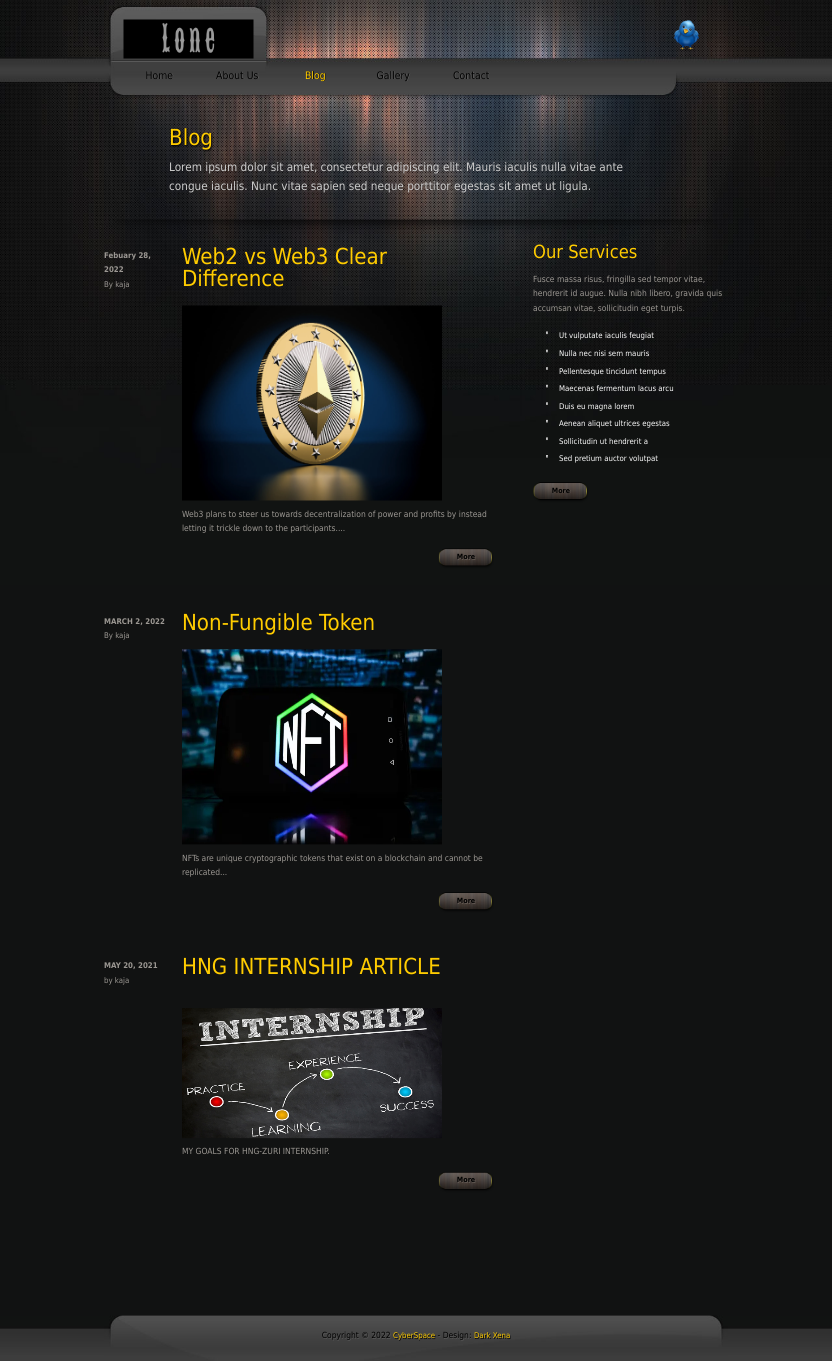
Repository: xenacode-art/Portfolio
Page: 2020_dark_pixel/blog.html
An editor plug-in stored every save of this project. The page is shown before and after the next save, followed by the edit.
The browser window is 1280 px wide. The pictures show the whole page, at 65% of full size.
Pictures or frames that could not be fetched are drawn as grey boxes.

Above is the page before, as saved 2022-03-08 00:50:24.

### 2020_dark_pixel/blog.html
<!DOCTYPE html PUBLIC "-//W3C//DTD XHTML 1.0 Transitional//EN" "http://www.w3.org/TR/xhtml1/DTD/xhtml1-transitional.dtd">
<html xmlns="http://www.w3.org/1999/xhtml">
<head>
<meta http-equiv="Content-Type" content="text/html; charset=utf-8" />
<!--
	Template 2020 Dark Pixel
    http://www.tooplate.com/view/2020-dark-pixel
-->
<title>Dark</title>
<meta name="keywords" content="" />
<meta name="description" content="" />
<link href="tooplate_style.css" rel="stylesheet" type="text/css" />
</head>
<body>

<div id="tooplate_wrapper">

    <div id="tooplate_header">

    	<div id="site_title"><h1><a href="#">Dark</a></h1></div>
        <div id="twitter"><a href="#"></a></div>

        <div id="tooplate_menu">
            <ul>
                <li><a href="index.html">Home</a></li>
                <li><a href="about.html">About Us</a></li>
                <li><a href="blog.html" class="current">Blog</a></li>
                <li><a href="gallery.html">Gallery</a></li>
                <li class="last"><a href="contact.html">Contact</a></li>
            </ul>
        </div> <!-- end of tooplate_menu -->

    </div> <!-- end of header -->

    <div id="tooplate_middle">
    	<div id="mid_title">
			Blog
        </div>
        <p>Lorem ipsum dolor sit amet, consectetur adipiscing elit. Mauris iaculis nulla vitae ante congue iaculis. Nunc vitae sapien sed neque porttitor egestas sit amet ut ligula.</p>
    </div> <!-- end of middle -->

    <div id="tooplate_main">
    	<div class="col_w960 hr_divider">

            	<div class="col_w300 lp_box float_r">
                    <h2>Our Services</h2>
                    <p>Fusce massa risus, fringilla sed tempor vitae, hendrerit id augue. Nulla nibh libero, gravida quis accumsan vitae, sollicitudin eget turpis.</p>
                    <ul class="tooplate_list">
                        <li><a href="#">Ut vulputate iaculis feugiat</a></li>
                        <li><a href="#">Nulla nec nisi sem mauris</a></li>
                        <li><a href="#">Pellentesque tincidunt tempus </a></li>
                        <li><a href="#">Maecenas fermentum lacus arcu</a></li>
                        <li><a href="#"> Duis eu magna lorem</a></li>
                        <li><a href="#">Aenean aliquet ultrices egestas</a></li>
                        <li><a href="#">Sollicitudin ut hendrerit a</a></li>
                        <li><a href="#">Sed pretium auctor volutpat</a></li>
                    </ul>

					<a class="more" href="#">More</a>
                </div>

                <div class="col_w600 float_l">
                    <div class="post_box">
                        <div class="post_box_date">
                            Febuary 28, 2022
                            <span>By kaja</span>
                        </div>

						<div class="post_box_content">
                            <h2><a href="#">Web2 vs Web3 Clear Difference </a></h2>
                          <img src="images/tooplate_image_08.jpg" alt="Image 08" width="400" height="300"/>
                            <p> Web3 plans to steer us towards decentralization of power and profits by instead letting
                                it trickle down to the participants....</p>
                        </div>

						<a class="more float_r" href="https://xenacod.hashnode.dev/web2-vs-web3-clear-difference">More</a>
                        <div class="cleaner"></div>
                    </div>

					<div class="post_box">
                        <div class="post_box_date">
                            MARCH 2, 2022
                            <span>By kaja</span>
                        </div>

						<div class="post_box_content">
                            <h2><a href="#">Non-Fungible Token </a></h2>
                          <img src="images/tooplate_image_06.jpg" alt="Image 06" width="400" height="300" />
                            <p>NFTs are unique cryptographic tokens that exist on a blockchain and cannot be replicated...
                            </p>
                        </div>

						<a class="more float_r" href="https://xenacod.hashnode.dev/non-fungible-token-nft">More</a>
                        <div class="cleaner"></div>
                    </div>

					<div class="post_box">
                        <div class="post_box_date">
                            MAY 20, 2021
                            <span>by kaja</span>
                        </div>

						<div class="post_box_content">
                            <h2><a href="#">HNG INTERNSHIP ARTICLE </a></h2><br>
                            <img src="images/tooplate_image_07.jpg" alt="Image 07" width="400" height="200" /><br />
                            <p>MY GOALS FOR HNG-ZURI INTERNSHIP.</p>
                        </div>
                        <a class="more float_r"
                            href="https://docs.google.com/document/d/1pHQ8y1Fp89hCQCAmHdlH2IQBF5wXl0S7gurmJ_4CBN4/edit?usp=sharing"
                            </a>More</a>
                        <div class="cleaner"></div>
                    </div>

                </div>

                <div class="cleaner"></div>
        </div>

    </div> <!-- end of main -->

</div> <!-- end of wrapper -->

<div id="tooplate_footer_wrapper">
    <div id="tooplate_footer">

        Copyright © 2022 <a href="#">CyberSpace</a> - Design: <a href="http://www.tooplate.com/view/2020-dark-pixel">Dark Xena</a>

    </div> <!-- end of tooplate_footer -->
</div>
<!--   Free Website Template by t o o p l a t e . c o m   -->
</body>
</html>

### 2020_dark_pixel/tooplate_style.css
/*

Template 2020 Dark Pixel

http://www.tooplate.com/view/2020-dark-pixel

*/

body {
	margin: 0;
	padding: 0;
	color: #9c9893;
	font-family: Tahoma, Geneva, sans-serif;
	font-size: 13px;
	line-height: 1.7em;
	background-color: #111212;
	background-image: url(images/tooplate_body.jpg);
	background-repeat: repeat-x;
	background-position: top center
}

a, a:link, a:visited {
	color: #f9b507;
	font-weight: normal;
	text-decoration: underline;
	font-size: 12px;
}

a:hover {
	text-decoration:none;
}

a.more {
	display: block;
	width: 86px;
	height: 29px;
	padding: 2px 0 0;
	text-align: center;
	text-decoration: none;
	font-weight: 700;
	font-size: 11px;
	background: url(images/tooplate_more.png)  no-repeat top center;
	color: #000;
	text-shadow: 1px 1px 1px #625953
}

a.more:hover {
	color: #fff;
	text-shadow: 1px 1px 1px #000
}

p { margin: 0 0 10px 0; padding: 0; }
img { border: none; }
blockquote { font-style: italic; margin: 0 0 0 10px;}
cite { font-weight: bold; color:#fff; }
cite span { color: #fff; }
em { color: #c8690a; }

h1, h2, h3, h4, h5, h6 { color: #ffcc00; font-weight: normal; }
h1 { font-size: 34px; margin: 0 0 20px; padding: 5px 0 }
h2 { font-size: 28px; margin: 0 0 15px; padding: 5px 0; }
h3 { font-size: 24px; margin: 0 0 15px; padding: 0; }
h4 { font-size: 18px; margin: 0 0 15px; padding: 0; }
h5 { font-size: 16px; margin: 0 0 10px; padding: 0;  }
h6 { font-size: 14px; margin: 0 0 5px; padding: 0; }

.cleaner { clear: both }
.h10 { height: 10px }
.h20 { height: 20px }
.h30 { height: 30px }
.h40 { height: 40px }
.h50 { height: 50px }
.h60 { height: 60px }

.float_l { float: left }
.float_r { float: right }

.image_wrapper {
	display: inline-block;
	border: 1px solid #414141;
	padding: 4px;
	background: #000;
	margin-bottom: 5px
}

.image_fl {
	float: left;
	margin: 3px 30px 0 0
}

.image_fr {
	float: right;
	margin: 3px 0 0 30px
}

.tooplate_list {
	margin: 20px 0 20px 20px;
	padding: 0;
	list-style: none;
}

.tooplate_list li {
	color:#fff;
	margin: 0;
	padding: 0 0 5px 20px;
	background: url(images/tooplate_list.png) no-repeat scroll 0 5px;
}

.tooplate_list li a {
	color: #fff;
	font-weight: normal;
	font-size: 12px;
	text-decoration: none;
}

.tooplate_list li a:hover {
	text-decoration: underline;
}

#tooplate_wrapper {
	width: 960px;
	margin: 0 auto;
	padding: 0 10px;
	background: url(images/tooplate_body.jpg) top center no-repeat
}

#tooplate_header {
	clear: both;
	width: 940px;
	height: 130px;
	padding: 10px;
	background: url(images/tooplate_header.jpg) top center no-repeat
}

#site_title {
	float: left;
	width: 240px;
	height: 55px;
	margin: 20px auto;
}

#site_title h1 {
	margin: 0;
	padding: 0;
}

#site_title h1 a {
	display: block;
	width: 240px;
	height: 60px;
	color: #fff;
	outline: none;
	text-indent: -10000px;
	background: url(images/tooplate_logo.png) no-repeat top center
}

#twitter a{
	float: right;
	font-weight: normal;
	display: block;
	padding: 25px 55px 25px 0;
	margin: 20px 30px 0 0;
	color: #000;
	font-size: 18px;
	background: url(images/twitter.png)  no-repeat right center
}

/* menu */

#tooplate_menu {
	clear: both;
	width: 910px;
	padding: 0 15px;
	background: url(images/tooplate_menu.png)
}

#tooplate_menu ul {
	margin: 0 auto;
	padding: 0;
	list-style: none;
}

#tooplate_menu ul li {
	padding: 0;
	margin: 0;
	display: inline;
}

#tooplate_menu ul .last { background: none }

#tooplate_menu ul li a {
	float: left;
	display: block;
	width: 120px;
	padding: 0;
	font-size: 16px;
	color: #000;
	text-shadow: 1px 1px 1px #5f5f5f;
	text-align: center;
	text-decoration: none;
	font-weight: 400;
	outline: none;
	border: none;
}

#tooplate_menu ul li a:hover, #tooplate_menu ul .current {
	color: #ffcc00;
	text-shadow: 1px 1px 1px #000
}

/* end of menu */

#tooplate_middle {
	clear: both;
	width: 760px;
	padding: 50px 100px 60px;
	overflow: hidden;
	background: url(images/tooplate_mid_divider.png) bottom center no-repeat
}

#mid_title {
	font-size: 34px;
	font-weight: 400;
	color: #ffcc00;
	margin-bottom: 20px;
	text-shadow: 1px 1px 3px #000
}

#tooplate_middle p {
	width: 700px;
	font-size: 18px;
	color: #ccc;
	line-height: 30px;
}

/* main */

#tooplate_main {
	clear: both;
	width: 960px;
	padding: 0 0 40px;
	margin: 0;
}

.col_w960 { width: 960px; margin-bottom: 60px }
.col_w600 { width: 600px }
.col_w450 { width: 450px }
.col_w300 { width: 300px }
.col_w200 { width: 200px }
.col_allw300 { float: left; width: 300px; margin-right: 30px }
.col_last { margin: 0 }

.frontpage_box h2 {
	font-size: 20px;
	padding: 0;
	margin-bottom: 5px;
	color: #ffcc00;
}

.frontpage_box img {
	float: left; margin-right: 15px;
}

.frontpage_box a.more {
	margin-top: 15px;
}

.tagline {
	display: block;
	font-size: 11px;
	font-weight: bold;
	font-style: italic;
	color: #666;
	margin-bottom: 20px
}

.lp_frontpage {
	margin: 0;
	padding: 0;
	list-style: none
}

.lp_frontpage li {
	margin: 0;
	padding: 0;
	display: inline
}

.lp_frontpage li a {
	float: left;
	display: block;
	width: 200px;
	height: 100px;
	margin: 0 10px 10px 0
}

.lp_frontpage li a img {
	width: 190px;
	height: 90px;
	border: 1px solid #203252;
	padding: 4px;
}

.sb_lp_box { clear: both; margin-bottom: 20px }
.sb_lp_box img { width: 280px; height: 140px; padding: 9px; border: 1px solid #ccc }


#gallery {
	margin: 0;
	padding: 0
}

#gallery .gallery_box {
	clear: both;
	margin-bottom: 30px;
	padding-bottom: 30px;
	background: url(../images/tooplate_hr_divider.png) bottom repeat-x
}

#gallery .gallery_box img {
	float: left;
	width: 420px;
	height: 200px;
	border: 1px solid #ccc;
	padding: 9px;
	margin-right: 40px;
	background: #fff
}

#gallery .last_box {
	margin-bottom: 0;
	padding-bottom: 0;
	background: none
}

.news_box { margin-bottom: 60px }
.news_box h2 { font-size: 16px; margin-bottom: 0 }
.news_box p.date { color: #000; margin-bottom: 0 }
.news_box img { float: left; width: 100px; height: 100px; border: 5px solid #ccc; margin-right: 20px; }
.news_box a.more { float: right; }

.post_box {
	clear: both;
	margin-bottom: 30px;
	padding-bottom: 30px;
	background: repeat-x bottom;
}

.post_box_date {
	float: left;
	width: 100px;
	font-size: 12px;
	font-weight: bold;
	padding-top:10px;
}

.post_box_date span {
	display: block;
	font-weight: normal;
}

.post_box_content {
	float: right;
	width: 480px
}

.post_box_content img {
	margin-bottom: 10px
}

.post_box h2 {
	font-size: 34px;
	margin-bottom: 20px;
}

.post_box h2 a {
	color: #ffcc00;
	font-size: 34px;
	font-weight: normal;
	line-height: 34px;
	margin-bottom: 20px;
	text-decoration: none
}

.post_box h2 a span {
	font-size: 12px;
	color: #333
}

.post_box p {
	margin-bottom: 0;
}

.post_box p.date {
	font-size: 10px;
	font-weight: 700;
	color: #0e4369
}

.post_box .more {
	clear: both;
	float: right;
	margin-top: 20px;
}

.lbe_box {
	clear: both;
	margin-bottom: 20px;
}

.lbe_date {
	float: left;
	width: 100px;
	font-size: 12px;
	font-weight: bold;
}

.lbe_date span {
	display: block;
	font-weight: normal;
}

.lbe_content {
	float: right;
	width: 320px;
}

.lbe_box h3 {
	font-size: 16px;
	margin-bottom: 0;
}

.lbe_box h3 a {
	color: #f9b507;
	font-size: 16px;
	font-weight: normal;
}

.lbe_box h3 a span {
	font-size: 12px;
	color: #333;
}

.lbe_box p {
	margin-bottom: 0;
}

.lbe_box p.date {
	font-size: 10px;
	font-weight: 700;
	color: #f9b507;
}

#cp_contact_form {
	padding: 0;
	width: 400px
}

#cp_contact_form form {
	margin: 0px;
	padding: 0px;
}

#cp_contact_form form .input_field {
	width: 388px;
	padding: 5px;
	color: #aaa;
	border: 1px solid #3b3a3a;
	background: #1b1a1a;
	font-family: Verdana,Geneva,sans-serif;
    font-size: 12px;
	margin-top: 5px;
}

#cp_contact_form form label {
	display: block;
	width: 220px;
	margin-right: 10px;
	font-size: 13px;
	color: #ccc;
}

#cp_contact_form form textarea {
	width: 388px;
	height: 160px;
	padding: 5px;
	color: #aaa;
	border: 1px solid #3b3a3a;
	background: #1b1a1a;
	font-family: Verdana,Geneva,sans-serif;
    font-size: 12px;
	margin-top: 5px;
}

#cp_contact_form form .submit_btn  {
	margin: 5px 0px;
	padding: 3px 14px;
	font-weight: bold;
	color: #aaa;
	border: 1px solid #3b3a3a;
	background: #1b1a1a;
}

#map img {
	width: 300px;
	height: 200px;
	border: 1px solid #999;
	padding: 5px;
}

#tooplate_footer_wrapper {
	margin-top: 30px;
	clear: both;
	width: 100%;
	background: url(images/tooplate_footer_repeat.jpg) repeat-x top
}

#tooplate_footer {
	clear: both;
	width: 960px;
	height: 30px;
	padding: 20px 14px;
	text-align: center;
	color: #000;
	text-shadow: 1px 1px 1px #585858;
	margin: 0 auto;
	background: url(images/tooplate_footer.jpg) no-repeat top
}

#tooplate_footer a {
	font-weight: normal;
	color: #ffcc00;
	text-decoration: none;
	text-shadow: 1px 1px 1px #000
}

After the next save:
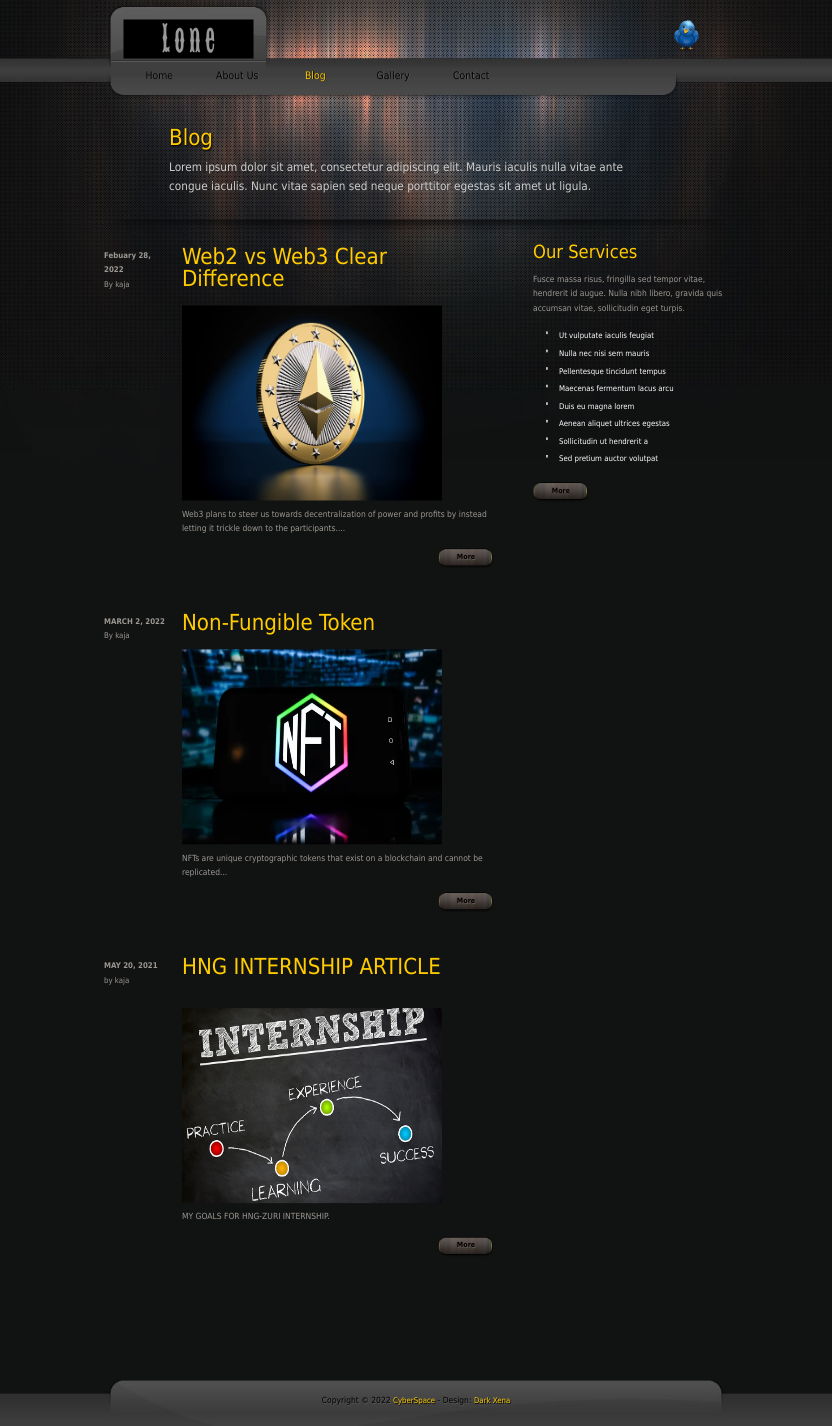
Saved 24 s later.
--- a/2020_dark_pixel/blog.html
+++ b/2020_dark_pixel/blog.html
@@ -102,7 +102,7 @@
 
 						<div class="post_box_content">
                             <h2><a href="#">HNG INTERNSHIP ARTICLE </a></h2><br>
-                            <img src="images/tooplate_image_07.jpg" alt="Image 07" width="400" height="200" /><br />
+                            <img src="images/tooplate_image_07.jpg" alt="Image 07" width="400" height="300" /><br />
                             <p>MY GOALS FOR HNG-ZURI INTERNSHIP.</p>
                         </div>
                         <a class="more float_r"
